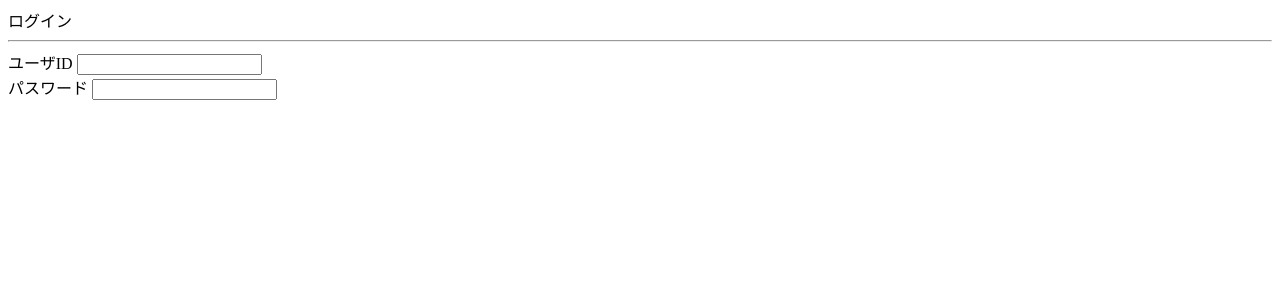
Repository: CodingAllen/JEC_JAVA
Page: http://localhost/kadai1101/login.jsp
These files come from the project's save history. The page is drawn as it stood at one moment and after the next save; the edit follows.
The browser window is 1280 px wide. The pictures show the whole page.
The page is served by Tomcat 9. Nobody is signed in. The application's start-up code is not run. Other server files are loaded and not shown.

Above is the page before, as saved 2023-07-10 06:35:58.

### pro3/kadai1101/src/main/webapp/login.jsp
<%@ page language="java" contentType="text/html; charset=UTF-8"
    pageEncoding="UTF-8"%>
<!DOCTYPE html>
<html>
<head>
<meta charset="UTF-8">
<title>登録</title>
</head>
<body>
<form action="/kadai1101/login" method="post">
ログイン<br />
<hr>
ユーザID <input type="text" name ="userid"><br>
パスワード <input type="password" name="password"><br>
<input type="submit" name="
</form>
</body>
</html>

After the next save:
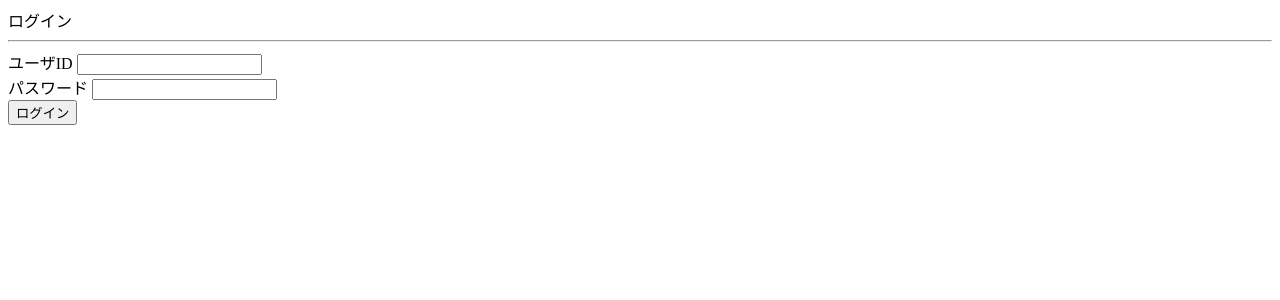
Saved 18 s later.
--- a/pro3/kadai1101/src/main/webapp/login.jsp
+++ b/pro3/kadai1101/src/main/webapp/login.jsp
@@ -12,7 +12,7 @@
 <hr>
 ユーザID <input type="text" name ="userid"><br>
 パスワード <input type="password" name="password"><br>
-<input type="submit" name="
+<input type="submit" value="ログイン">
 </form>
 </body>
 </html>
